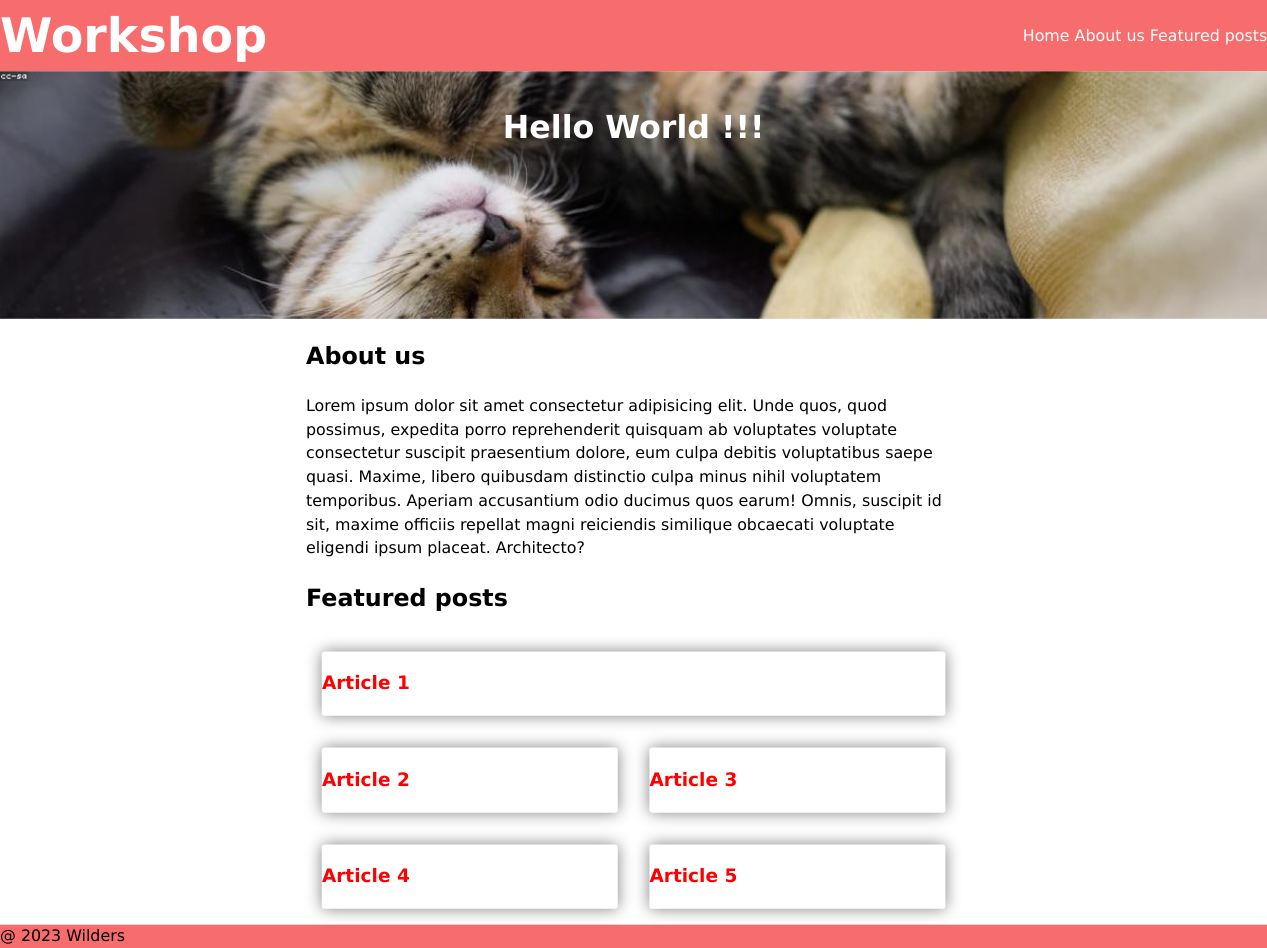
Repository: PPaillard/cssresponsive
Page: index.html
The author's editor kept a copy of each file at every save. The page is drawn from the files as they stood at one save, then again after the next save.
The browser window is 1280 px wide. The pictures show the whole page, at 99% of full size.

Above is the page before, as saved 2023-03-03 15:37:56.

### index.html
<!DOCTYPE html>
<html lang="en">
  <head>
    <meta charset="UTF-8" />
    <meta http-equiv="X-UA-Compatible" content="IE=edge" />
    <meta name="viewport" content="width=device-width, initial-scale=1.0" />
    <title>WorkShop Responsive</title>
    <link rel="stylesheet" href="style.css" />
  </head>
  <body>
    <nav>
      <h2>Workshop</h2>
      <ul>
        <li><a href="#home">Home</a></li>
        <li><a href="#aboutus">About us</a></li>
        <li><a href="#featuredposts">Featured posts</a></li>
      </ul>
    </nav>
    <header>
      <h1>Hello World !!!</h1>
    </header>
    <main>
      <section>
        <h2>About us</h2>
        <p>
          Lorem ipsum dolor sit amet consectetur adipisicing elit. Unde quos,
          quod possimus, expedita porro reprehenderit quisquam ab voluptates
          voluptate consectetur suscipit praesentium dolore, eum culpa debitis
          voluptatibus saepe quasi. Maxime, libero quibusdam distinctio culpa
          minus nihil voluptatem temporibus. Aperiam accusantium odio ducimus
          quos earum! Omnis, suscipit id sit, maxime officiis repellat magni
          reiciendis similique obcaecati voluptate eligendi ipsum placeat.
          Architecto?
        </p>
      </section>
      <section id="featured-posts">
        <h2>Featured posts</h2>
        <div>
          <article><h1>Article 1</h1></article>
          <article><h1>Article 2</h1></article>
          <article><h1>Article 3</h1></article>
          <article><h1>Article 4</h1></article>
          <article><h1>Article 5</h1></article>
        </div>
      </section>
    </main>
    <footer>@ 2023 Wilders</footer>
  </body>
</html>

### style.css
* {
  box-sizing: border-box;
}

body {
  margin: 0;
  line-height: 1.5;
  font-family: Verdana, Geneva, Tahoma, sans-serif;
}

/* Navigation */
nav {
  display: flex;
  justify-content: space-around;
  align-items: center;
  background-color: #f76c6c;
  color: #ffffff;
}

nav > h2 {
  margin: 0;
  font-size: clamp(2rem, 7vw, 3rem);
}

nav ul {
  margin: 0;
  padding: 1rem 0;
}

nav ul li {
  list-style: none;
}

nav ul li a {
  color: white;
  text-decoration: none;
}

/* fin de navigation */
/* header */

header {
  min-height: 250px;
  text-align: center;
  background-image: url("65535_52214085447_ec2bf04bd7_h_1200_300_nofilter.jpg");
  background-repeat: no-repeat;
  background-size: cover;
}
header h1 {
  color: white;
  margin: 0;
  padding-top: 2rem;
}

section {
  margin: 0 auto;
  max-width: 65ch;
}

section article {
  display: inline-block;
  color: red;
  margin: 1rem;
  border-radius: 0.2rem;
  box-shadow: 0 0 1rem grey;
}

#featured-posts > div {
  display: grid;
  grid-template-columns: 1fr 1fr;
}

#featured-posts > div > article:first-of-type {
  grid-column: 1/3;
}

footer {
  background-color: #f76c6c;
}

@media screen and (min-width: 768px) {
  nav {
    justify-content: space-between;
  }
  nav > ul > li {
    display: inline-block;
  }
}

After the next save:
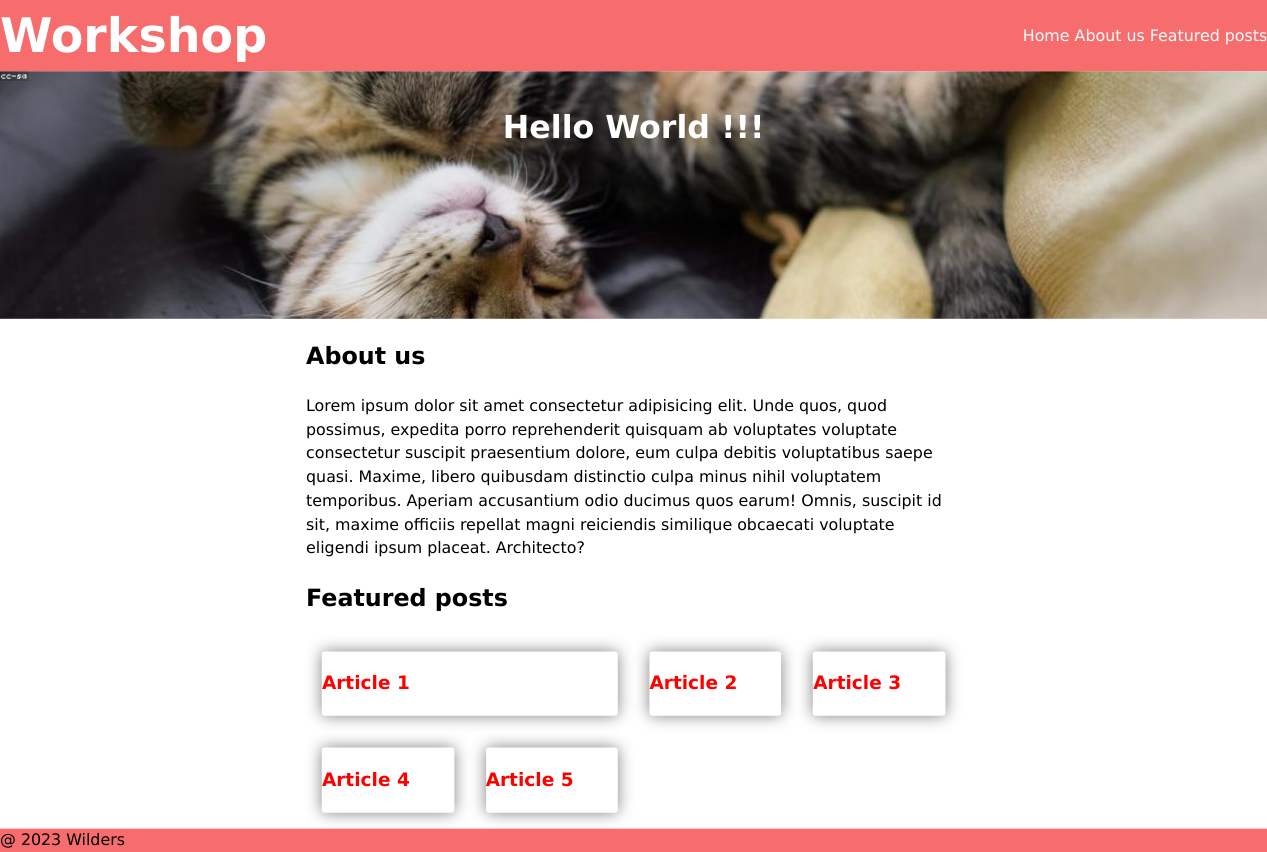
Saved 4 min 28 s later.
--- a/style.css
+++ b/style.css
@@ -85,4 +85,8 @@ footer {
   nav > ul > li {
     display: inline-block;
   }
+
+  #featured-posts > div {
+    grid-template-columns: repeat(4, 1fr);
+  }
 }
